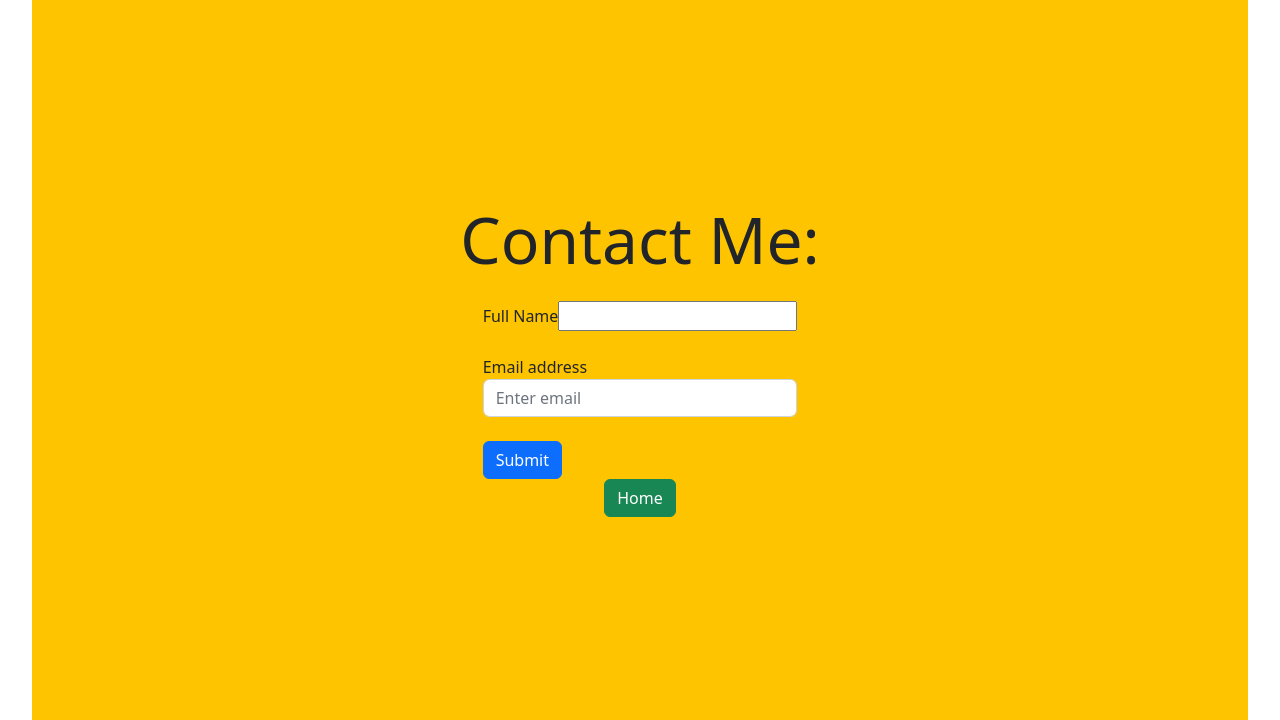
Repository: collegedude9300/zenstationnext
Page: /Contact
An editor plug-in stored every save of this project. The page is shown before and after the next save, followed by the edit.
The browser window is 1280 px wide. The pictures show the whole page.
The project was rebuilt for these pictures with package versions that can differ from the ones it lists, and the page was loaded fresh each time. The framework's server and built-in components were replaced by stand-ins that run in the browser. Also part of the build but not shown: next.config.js.

Above is the page before, as saved 2023-04-13 21:27:35.

### pages/_app.js
import '../styles/globals.css'
function MyApp({ Component, pageProps }) {
  return <Component {...pageProps} />
}
export default MyApp

### pages/Contact.js
import Head from 'next/head'
import Image from 'next/image'
import styles from '../styles/Home.module.css'
import 'bootstrap/dist/css/bootstrap.css'
import Link from 'next/link';
export default function Contact() {
  const validateEmail = (email) => {
    const re = /^(([^<>()[\]\\.,;:\s@"]+(\.[^<>()[\]\\.,;:\s@"]+)*)|(".+"))@((\[[0-1]\d{1,2}\.[0-1]\d{1,2}\.[0-1]\d{1,2}\.[0-1]\d{1,2}\])|(([a-zA-Z\-0-9]+\.)+[a-zA-Z]{2,}))$/;
    return re.test(String(email).toLowerCase());
  }
  const validateName = (name) => {
    const re = /^[A-Z][a-z]+(\s|,)[A-Z][a-z]{1,19}$/;
    return re.test(String(name));
  }
//check to see if the email is valid
  const handleSubmit = (e) => {
    e.preventDefault();
    const email = document.getElementById("email").value;
    const name = document.getElementById("name").value;

    if (validateEmail(email) && validateName(name))
    {
      document.getElementById("email").value = "";
      document.getElementById("name").value = "";
      alert("Form submitted successfully");
    }
    else if (!validateEmail(email)) {
      alert("Please enter a valid email address");
    }
    else if (!validateName(name)) {
      alert("Please enter a valid  name");
    }
    else
    {
      alert("Form not submitted correctly, please fix your errors");
    }
  }
//check to see if the email is valid
  return (
    <div className={styles.container}>
      <Head>
        <title>Contact</title>
        <meta name="description" content="Generated by create next app" />
        <link rel="icon" href="/favicon.png" />
      </Head>
      <main className={styles.login}>
        <h1 className={styles.title}>
          Contact Me:
        </h1>
        <div className={styles.grid}>
            <form onSubmit={handleSubmit}>
            <br></br>
              <div className="form-group">
              <label htmlFor="name">Full Name</label>
			<input type="text" name="name" id="name" placeholder=""/>
      <br></br>
      <br></br>
                <label htmlFor="email">Email address</label>
                <input type="email" className="form-control" id="email" placeholder="Enter email"/>
                <br></br>
              </div>
              <button type="submit" className="btn btn-primary">Submit</button>
            </form>
        </div>
        <Link legacyBehavior href="/">
        <a className="btn btn-success">Home</a>
        </Link>
      </main>
      </div>
  )}

### styles/Home.module.css
.container {
  padding: 0 2rem;
}
.pages{
  background-color: #43e0d3;
  min-height: 100vh;
}
.errorMessage {

  color: red;
  font-size: 20px ;

}
.quote {
  font-size: 35px;
  color: rgb(243, 14, 7);
}
.successMessage {

  color: green;
  font-size: 30px;
  display:none;
  margin-bottom:20px;
}
.login {
  min-height: 100vh;
  padding: 4rem 0;
  flex: 1;
  display: flex;
  flex-direction: column;
  justify-content: center;
  align-items: center;
  background-color: #ffc400;
}
.main {
  min-height: 100vh;
  padding: 4rem 0;
  flex: 1;
  display: flex;
  flex-direction: column;
  justify-content: center;
  align-items: center;
}
.aboutBio {

  margin: 0;
  line-height: 1.15;
  font-size: 4rem;
  text-align: center;
}
.footer {
  display: flex;
  flex: 1;
  padding: 2rem 0;
  border-top: 1px solid #eaeaea;
  justify-content: center;
  align-items: center;
}

.footer a {
  display: flex;
  justify-content: center;
  align-items: center;
  flex-grow: 1;
}

.title a {
  color: #0070f3;
  text-decoration: none;
}

.title a:hover,
.title a:focus,
.title a:active {
  text-decoration: underline;
}

.title {
  margin: 0;
  line-height: 1.15;
  font-size: 4rem;
}

.title,
.description {
  text-align: center;
}

.description {
  margin: 4rem 0;
  line-height: 1.5;
  font-size: 1.5rem;
}

.code {
  background: #fafafa;
  border-radius: 5px;
  padding: 0.75rem;
  font-size: 1.1rem;
  font-family: Menlo, Monaco, Lucida Console, Liberation Mono, DejaVu Sans Mono,
    Bitstream Vera Sans Mono, Courier New, monospace;
}

.grid {
  display: flex;
  align-items: center;
  justify-content: center;
  flex-wrap: wrap;
  max-width: 800px;
}

.card {
  margin: 1rem;
  padding: 1.5rem;
  text-align: left;
  color: inherit;
  text-decoration: none;
  border: 1px solid #eaeaea;
  border-radius: 10px;
  transition: color 0.15s ease, border-color 0.15s ease;
  max-width: 300px;
}

.card:hover,
.card:focus,
.card:active {
  color: #0070f3;
  border-color: #0070f3;
}

.card h2 {
  margin: 0 0 1rem 0;
  font-size: 1.5rem;
}

.card p {
  margin: 0;
  font-size: 1.25rem;
  line-height: 1.5;
}

.logo {
  height: 1em;
  margin-left: 0.5rem;
}

@media (max-width: 600px) {
  .grid {
    width: 100%;
    flex-direction: column;
  }
}

@media (prefers-color-scheme: dark) {
  .card,
  .footer {
    border-color: #222;
  }
  .code {
    background: #111;
  }
  .logo img {
    filter: invert(1);
  }
}

Loaded but not shown: styles/globals.css (common file)

After the next save:
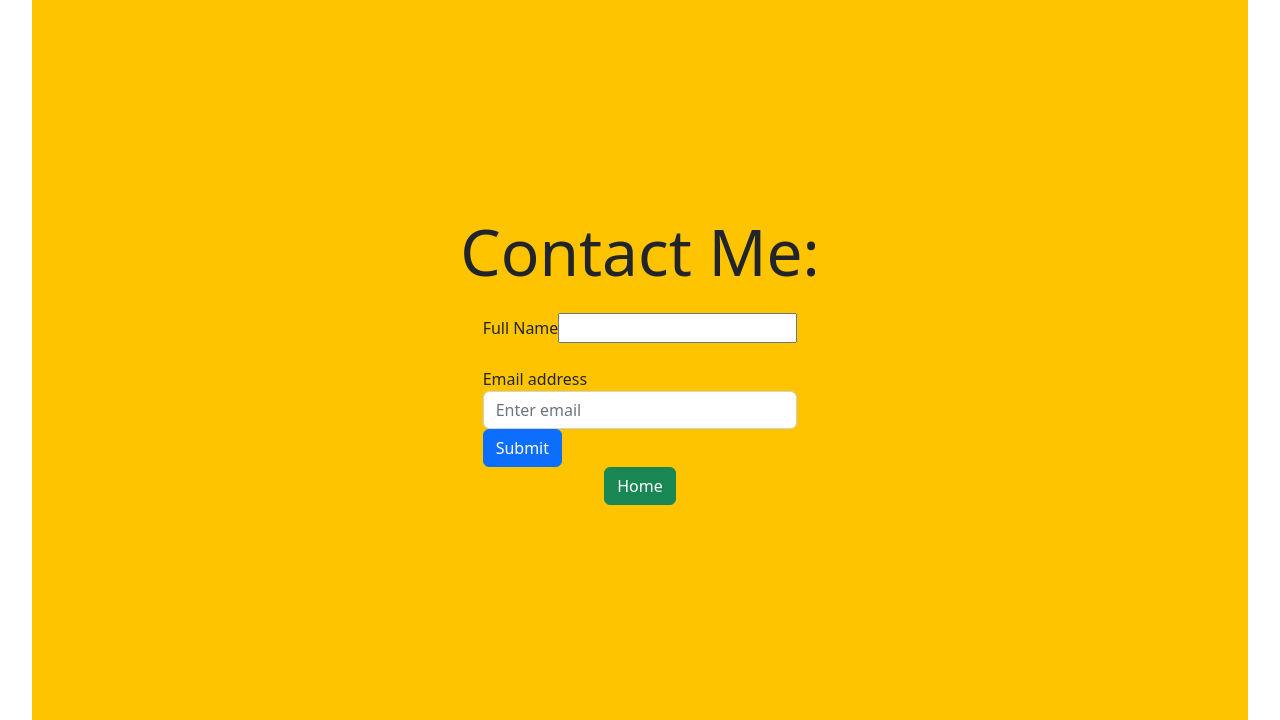
Saved 103 s later.
--- a/pages/Contact.js
+++ b/pages/Contact.js
@@ -57,7 +57,7 @@
       <br></br>
                 <label htmlFor="email">Email address</label>
                 <input type="email" className="form-control" id="email" placeholder="Enter email"/>
-                <br></br>
+
               </div>
               <button type="submit" className="btn btn-primary">Submit</button>
             </form>

After the save that followed:
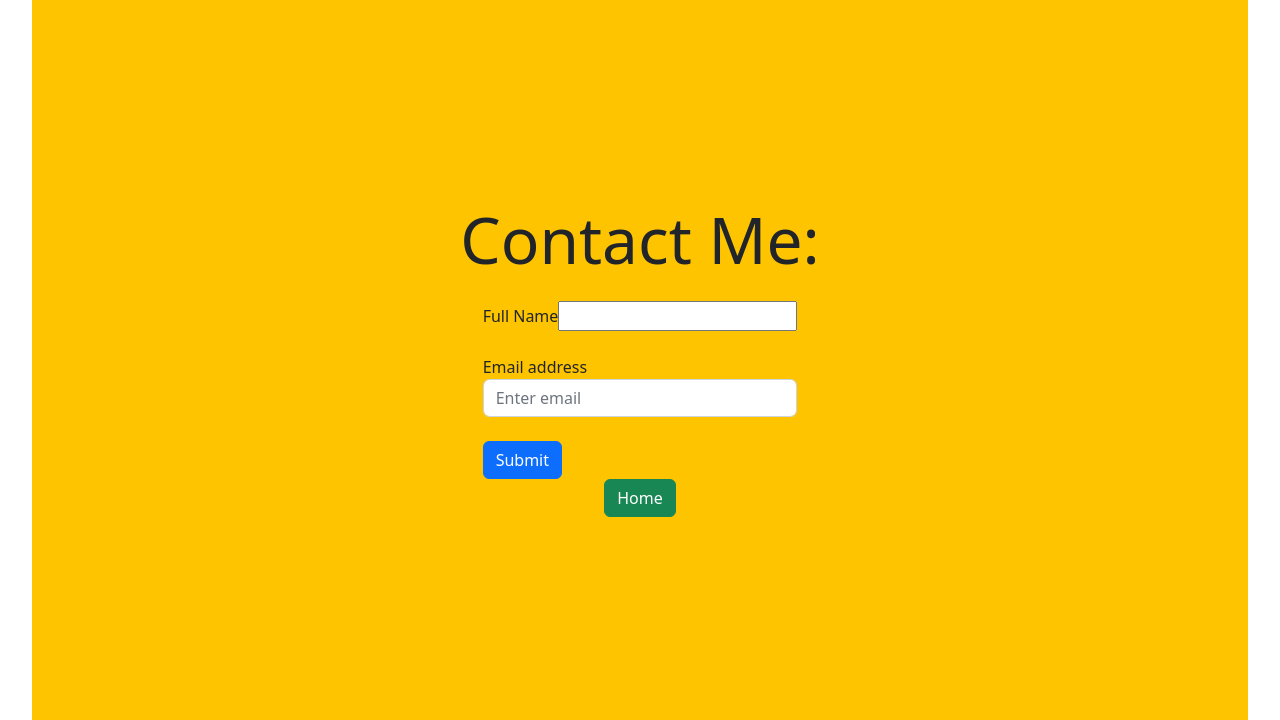
Saved 15 s later.
--- a/pages/Contact.js
+++ b/pages/Contact.js
@@ -57,7 +57,7 @@
       <br></br>
                 <label htmlFor="email">Email address</label>
                 <input type="email" className="form-control" id="email" placeholder="Enter email"/>
-
+                <br></br>
               </div>
               <button type="submit" className="btn btn-primary">Submit</button>
             </form>
